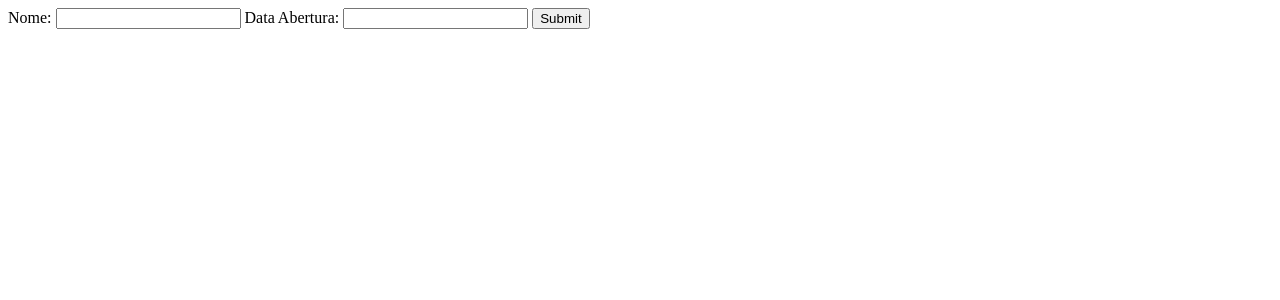
Repository: viniciustvf/JavaServlets
Page: http://localhost/gerenciador/formAlteraEmpresa.jsp
An editor plug-in stored every save of this project. The page is shown before and after the next save, followed by the edit.
The browser window is 1280 px wide. The pictures show the whole page.
The page is served by Tomcat 9. Nobody is signed in. The application's start-up code is not run. Other server files are loaded and not shown.

Above is the page before, as saved 2023-08-07 22:25:08.

### gerenciador/src/main/webapp/formAlteraEmpresa.jsp
<%@ taglib uri="http://java.sun.com/jsp/jstl/core" prefix="c" %>
<c:url value="/novaEmpresa" var="linkServletNovaEmpresa"/>

<!DOCTYPE html>
<html>
<head>
<meta charset="ISO-8859-1">
<title>Insert title here</title>
</head>
<body>

	<form action="${ linkServletNovaEmpresa }" method="post">
		Nome: <input type="text" name="nome"  />
		Data Abertura: <input type="text" name="data"  />
		<input type="submit" />
	</form>

</body>
</html>

After the next save:
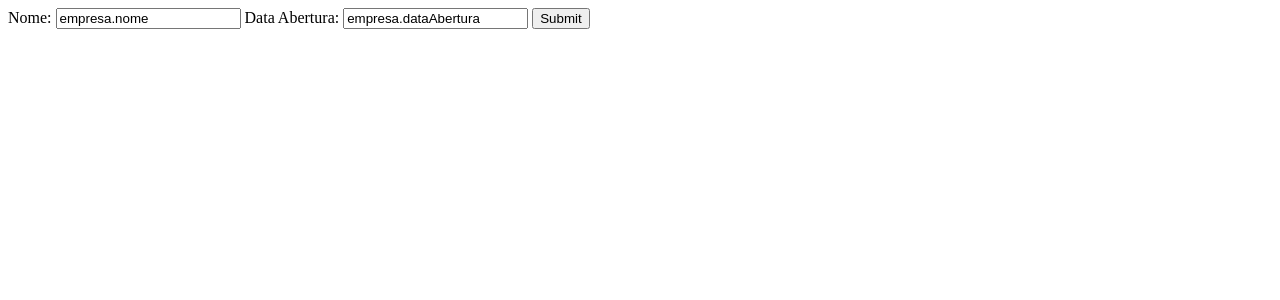
Saved 107 s later.
--- a/gerenciador/src/main/webapp/formAlteraEmpresa.jsp
+++ b/gerenciador/src/main/webapp/formAlteraEmpresa.jsp
@@ -10,8 +10,8 @@
 <body>
 
 	<form action="${ linkServletNovaEmpresa }" method="post">
-		Nome: <input type="text" name="nome"  />
-		Data Abertura: <input type="text" name="data"  />
+		Nome: <input type="text" name="nome" value="empresa.nome" />
+		Data Abertura: <input type="text" name="data" value="empresa.dataAbertura" />
 		<input type="submit" />
 	</form>
 
